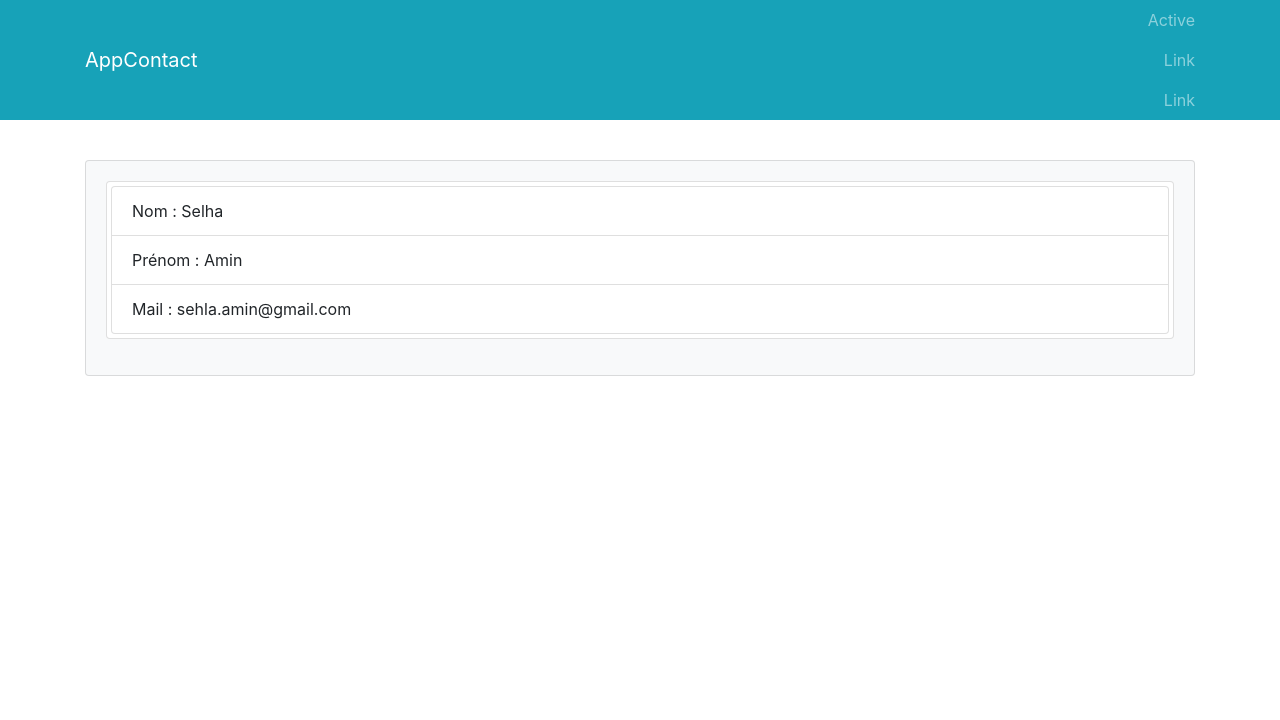
Repository: romgrm/appContact
Page: /
These files come from the project's save history. The page is drawn as it stood at one moment and after the next save; the edit follows.
The browser window is 1280 px wide. The pictures show the whole page.
The project was rebuilt for these pictures with package versions that can differ from the ones it lists, and the page was loaded fresh each time.

Above is the page before, as saved 2020-12-02 20:17:24.

### src/App.js
import Header from './Components/Header'
import Liste from './Components/Liste'

import 'bootstrap/dist/css/bootstrap.min.css'


function App() {
  return (
    <div className="App">
      <Header />
      <div className="container pt-4">
        <Liste />
      </div>
    </div>
  );
}

export default App;

### src/Components/Header.js
import React, { Component } from 'react'

export default class Header extends Component {
    render() {
        return (
            <div>
                <nav className="navbar navbar-dark bg-info mb-3 py-0">
                    <div className="container">
                        <a href="/" className="navbar-brand">AppContact</a>
                        <ul className="navbar-nav">
                            <li className="nav-item ml-auto">
                                <a className="nav-link " href="#">Active</a>
                            </li>
                            <li className="nav-item ml-auto">
                                <a className="nav-link" href="#">Link</a>
                            </li>
                            <li className="nav-item ml-auto">
                                <a className="nav-link" href="#">Link</a>
                            </li>
                        </ul>
                    </div>
                </nav>

            </div>

        )
    }
}

### src/Components/Liste.js
import React, { Component } from 'react'
import Contact from './Contact'

export default class Liste extends Component {

    state = {
        contacts: [
            {
                nom: 'Selha',
                prenom: 'Amin',
                mail: 'sehla.amin@gmail.com'
            },
            // {
            //     nom: 'Blache',
            //     prenom: 'Alexandre',
            //     mail: 'blache.alexandre@gmail.com'
            // },
            // {
            //     nom: 'Gréaume',
            //     prenom: 'Romain',
            //     mail: 'greaume.romain@gmail.com'
            // }
        ]
    }

    render() {
        return (
            <div>
                {this.state.contacts.map(current => (
                    <Contact
                    Nom={current.nom}
                    Prenom={current.prenom}
                    Mail={current.mail}/>
                ))}
            </div>
        )
    }
}

### src/Components/Contact.js
import React, { Component } from 'react'

export default class Contact extends Component {
    render() {
        return (
            <div className="card card-body bg-light">
                <ul className="card card-body p-1">
                    <li className="list-group-item"> Nom : {this.props.Nom}</li>
                    <li className="list-group-item"> Prénom : {this.props.Prenom}</li>
                    <li className="list-group-item"> Mail : {this.props.Mail}</li>
                </ul>
            </div>
        )
    }
}

Loaded but not shown: public/index.html (common file); src/index.js (common file)

After the next save:
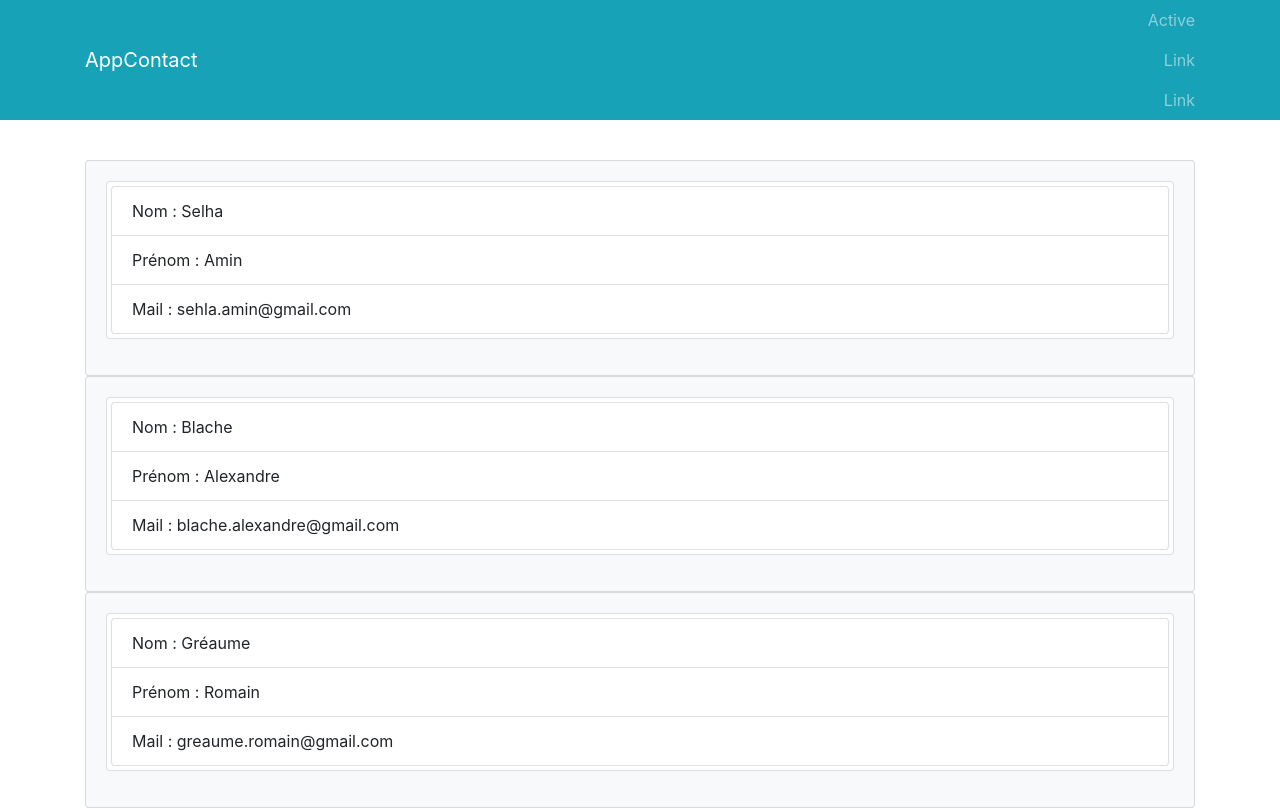
Saved 3 s later.
--- a/src/Components/Liste.js
+++ b/src/Components/Liste.js
@@ -10,16 +10,16 @@ export default class Liste extends Component {
                 prenom: 'Amin',
                 mail: 'sehla.amin@gmail.com'
             },
-            // {
-            //     nom: 'Blache',
-            //     prenom: 'Alexandre',
-            //     mail: 'blache.alexandre@gmail.com'
-            // },
-            // {
-            //     nom: 'Gréaume',
-            //     prenom: 'Romain',
-            //     mail: 'greaume.romain@gmail.com'
-            // }
+            {
+                nom: 'Blache',
+                prenom: 'Alexandre',
+                mail: 'blache.alexandre@gmail.com'
+            },
+            {
+                nom: 'Gréaume',
+                prenom: 'Romain',
+                mail: 'greaume.romain@gmail.com'
+            }
         ]
     }
 
